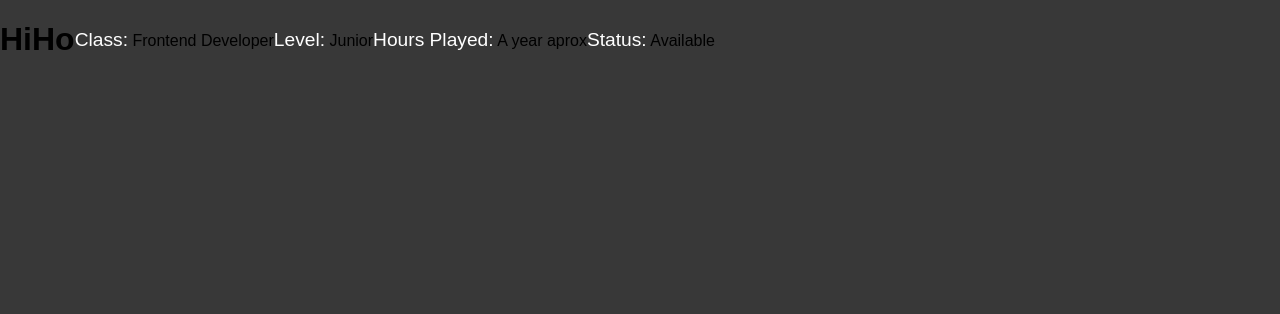
Repository: sernalab/soon
Page: index.html
These files come from the project's save history. The page is drawn as it stood at one moment and after the next save; the edit follows.
The browser window is 1280 px wide. The pictures show the whole page.
Some web fonts or font styles are not loaded; a fallback is used.

Above is the page before, as saved 2018-12-21 13:24:16.

After the next save:
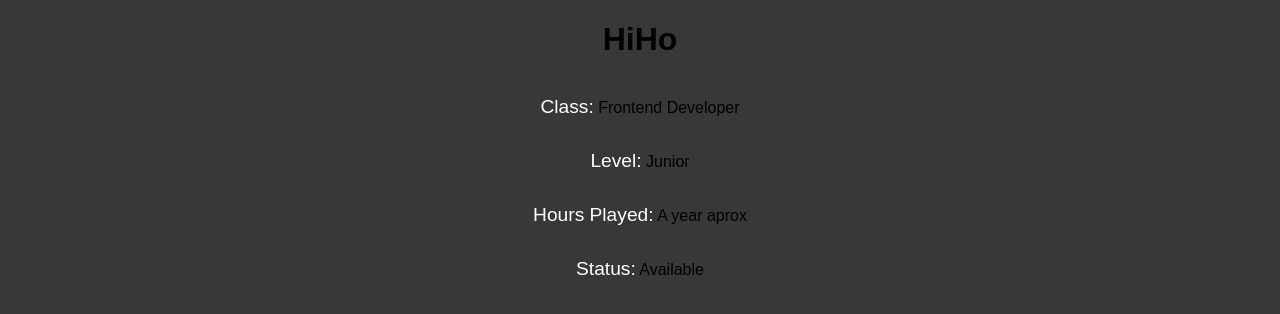
Saved 30 s later.
--- a/css/styles.css
+++ b/css/styles.css
@@ -428,6 +428,8 @@ body {
 
 main {
     display: flex;
+    justify-content: center;
+    flex-direction: column;
     align-items: center;
 }
 
